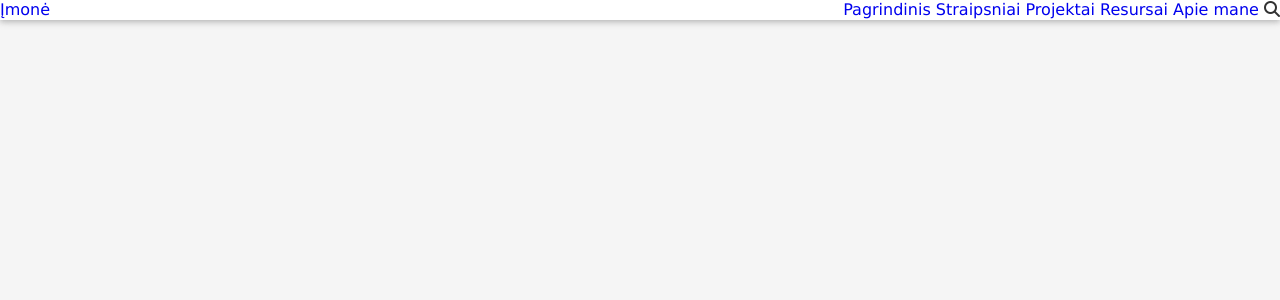
Repository: motiejus1/14-paskaita-05.31
Page: index.html
These files come from the project's save history. The page is drawn as it stood at one moment and after a run of saves; the edit follows.
The browser window is 1280 px wide. The pictures show the whole page.
Some web libraries are served in a nearby version.

Above is the page before, as saved 2021-06-23 18:52:09.

### index.html
<!DOCTYPE html>
<html lang="en">
<head>
    <meta charset="UTF-8">
    <meta http-equiv="X-UA-Compatible" content="IE=edge">
    <meta name="viewport" content="width=device-width, initial-scale=1.0">
    <title>14 paskaita</title>

    <link rel="stylesheet" href="http://maxcdn.bootstrapcdn.com/font-awesome/latest/css/font-awesome.min.css">
    <style>
        html {
            font-size: 16px;
        }

        body {
            max-width: 1920px;
            margin: 0 auto;
            font-family: Verdana, Arial, sans-serif;
            line-height: 1.25rem;
            color:#333;
            background-color: #f5f5f5;
        }

        .container {
            width: 100%;
            margin: auto;
        }

        a {
            text-decoration: none;
            transition: all 0.3s ease;
        }

        .area {
            display: flex;
            /* flex-direction:row; */
            /* flex-wrap: wrap; */

            flex-flow: row wrap;
            align-items: stretch;
            justify-content: space-between;
            margin-left: auto;
        }

        .navbar-component {
            background-color: white;
            box-shadow: 0 2px 5px rgba(0,0,0,0.16), 0 2px 10px rgba(0,0,0,0.12);
        }

        .brand {
            display:block;
            font-size: 1rem;

        }


    </style>
</head>
<body>
    <div class="container">
        <div class="navbar-component">
            <div class="navbar area">
                <a href="#" class="brand">Įmonė</a>

                <nav id="navigation" class="list">
                    <a href="#" class="item -link">Pagrindinis</a>
                    <a href="#" class="item -link" >Straipsniai</a>
                    <a href="#" class="item -link">Projektai</a>
                    <a href="#"class="item -link">Resursai</a>
                    <a href="#" class="item -link">Apie mane</a>
                    <span class="item">
                        <i class="fa fa-search"></i>
                    </span>
                </nav>

            </div>

        </div>
    </div>

</body>
</html>

After the next 2 saves:
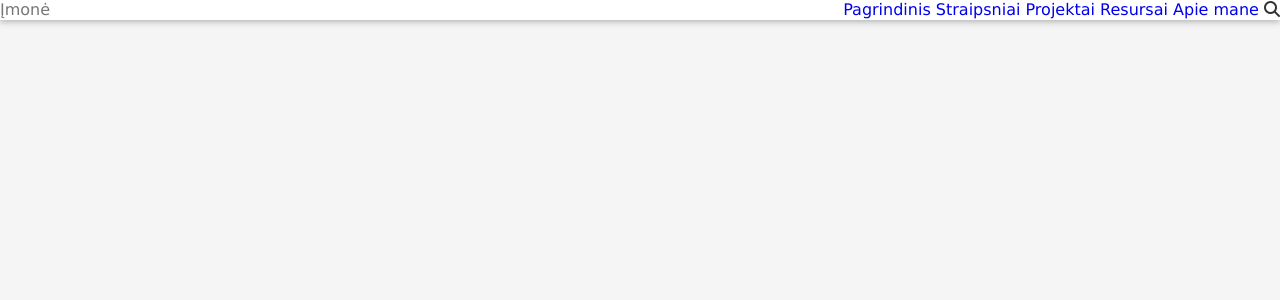
The 2 saves are shown as one change because they came seconds apart.
The last was saved 7 s later.
--- a/index.html
+++ b/index.html
@@ -50,7 +50,7 @@
         .brand {
             display:block;
             font-size: 1rem;
-
+            color: #777;
         }
 
 
